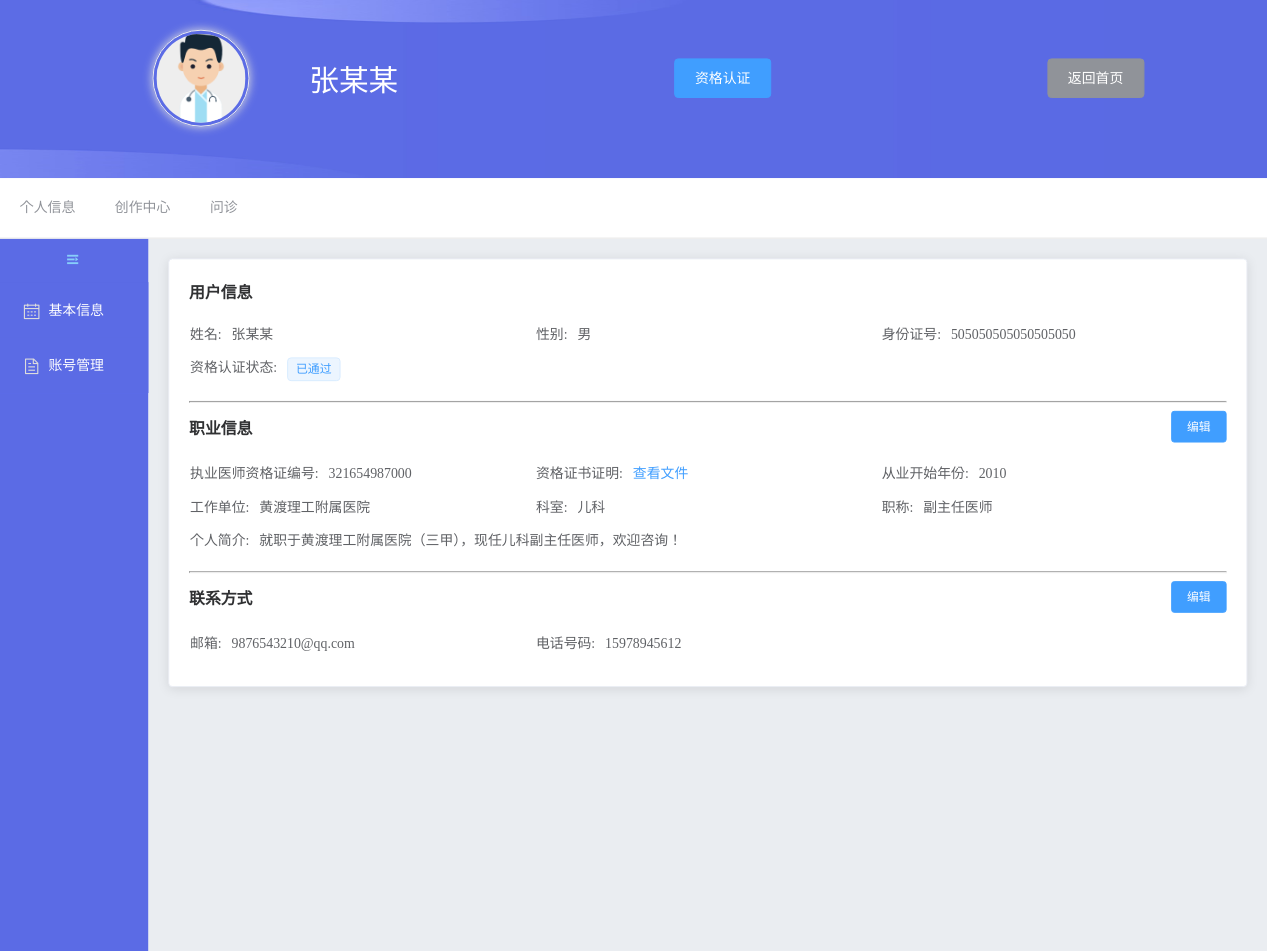
Repository: DiscreteL/SOA_Front
Page: /#/userhome2
These files come from the project's save history. The page is drawn as it stood at one moment and after the next save; the edit follows.
The browser window is 1280 px wide. The pictures show the whole page, at 99% of full size.
The project was rebuilt for these pictures with package versions that can differ from the ones it lists, and the page was loaded fresh each time. Also part of the build but not shown: vue.config.js, src/components/navigation.vue, src/components/dialog.vue, src/views/news.vue, src/components/announcement.vue, src/components/patientKnow.vue, src/views/Home.vue, src/views/login.vue and 15 more.

Above is the page before, as saved 2021-11-29 10:32:29.

After the next save:
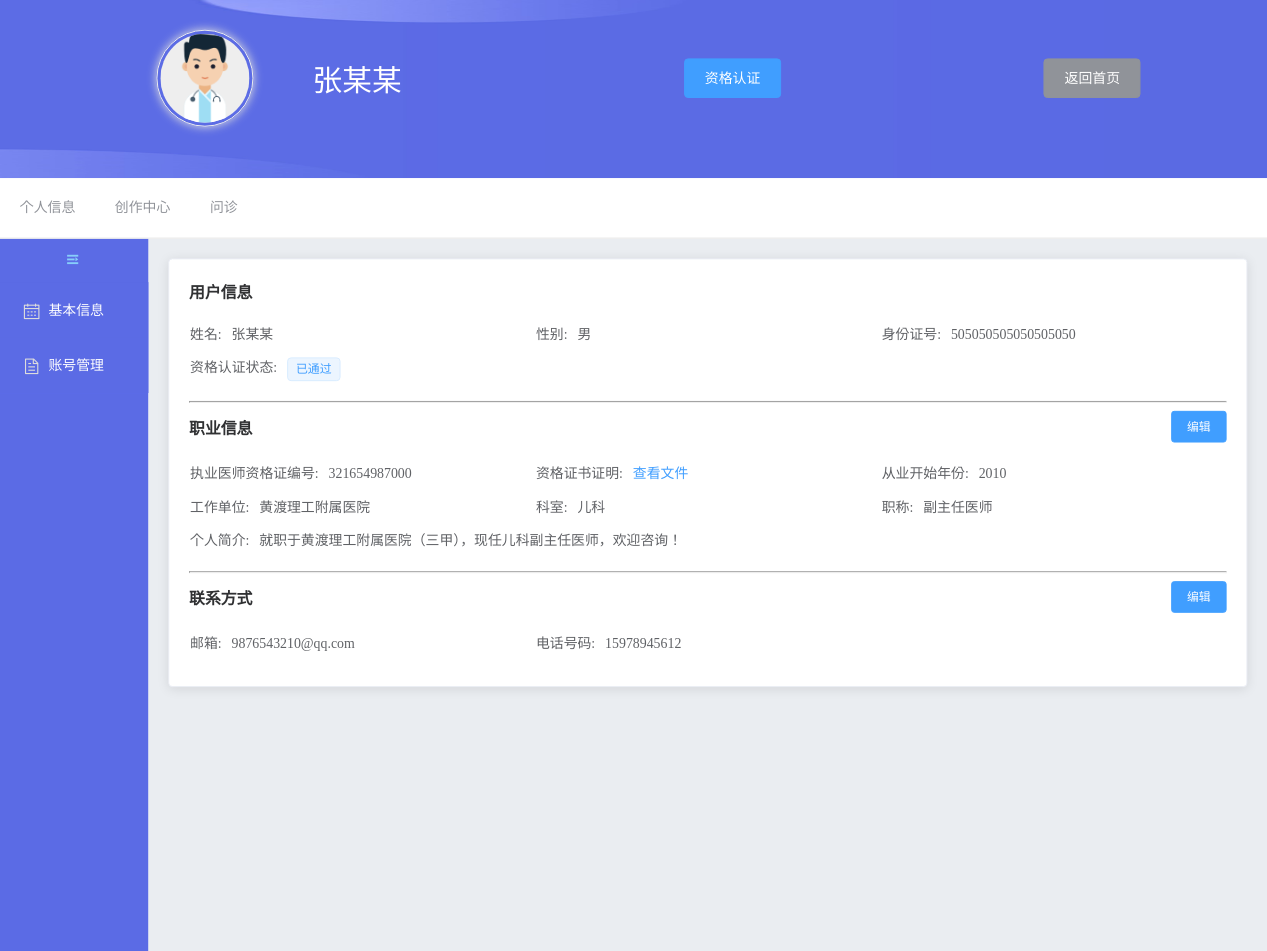
Saved 15 s later.
--- a/src/components/userhomenav2.vue
+++ b/src/components/userhomenav2.vue
@@ -23,7 +23,7 @@
           <el-button type="primary" @click="returnhome">资格认证</el-button>
         </div>
         <div>
-          <el-button type="info" style="margin-left:30px" @click="returnhome">返回首页</el-button>
+          <el-button type="info" style="margin-left:10px" @click="returnhome">返回首页</el-button>
         </div>
       </div>
     </div>
